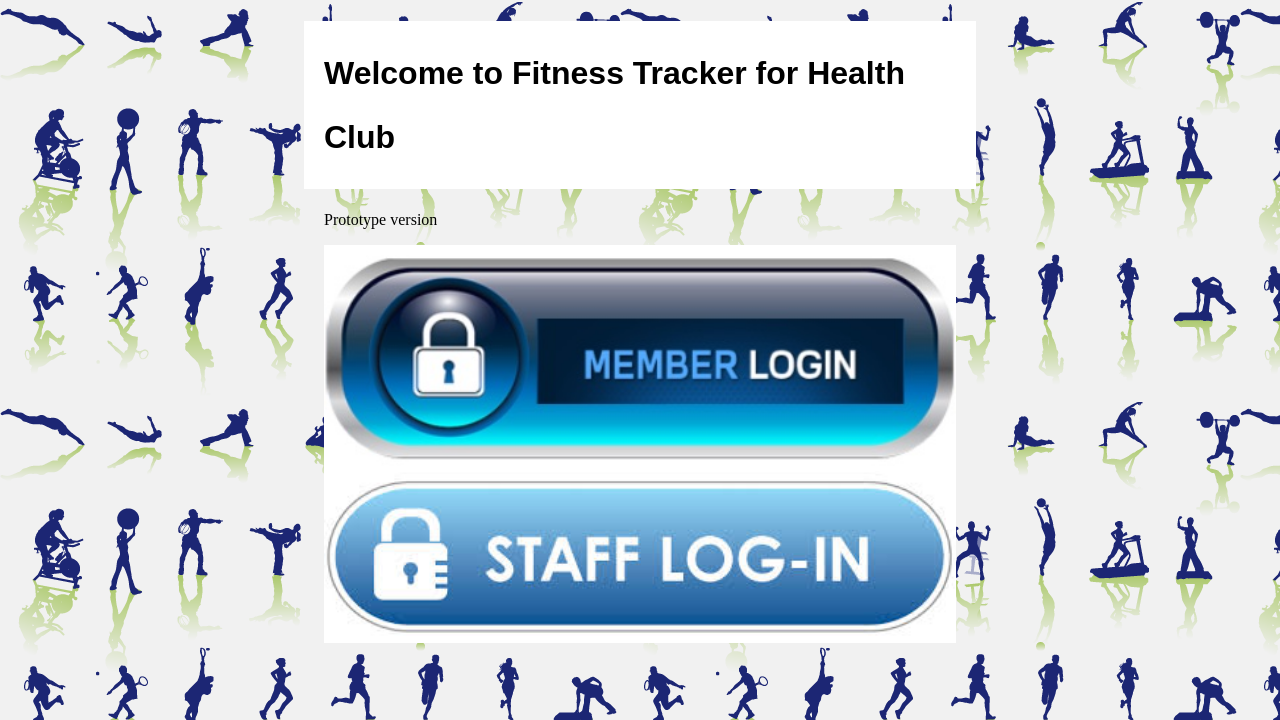
Repository: dmiropol/FitnessMemberTracker
Page: http://localhost/
The author's editor kept a copy of each file at every save. The page is drawn from the files as they stood at one save, then again after the next save.
The browser window is 1280 px wide. The pictures show the whole page.
The page is served by the project's Node server (app.js).

Above is the page before, as saved 2018-11-16 10:33:20.

### views/index.ejs
<!DOCTYPE html>
<html>
  <head>
    <title><%= title %></title>
    <link rel='stylesheet' href='/stylesheets/style.css' />
  </head>
  <body background="background.png">
    <h1 class="center">Welcome to <%= title %></h1>
    <p class="center">Prototype version</p>
    <a href="/member"><img border="0" alt="member area" src="MemberLogin.jpg"  class="center">
    <a href="/staff"><img border="0" alt="staff area" src="StaffLogin.jpg" class="center">
  </body>
</html>

### app.js

/**
 * Module dependencies.
 */

var express = require('express')
  , http = require('http')
  , path = require('path')
  , bodyParser = require('body-parser')
  , storage = require('./storage')
  , fs = require('fs');

var app = express();

// all environments
app.set('port', process.env.PORT || 8080);
app.set('views', __dirname + '/views');
app.set('view engine', 'ejs');
app.use(express.static(path.join(__dirname, 'public')));
app.use(bodyParser.json());
app.use(bodyParser.urlencoded({ extended: true }));

function index(req, res){
	res.render('index', {title: 'Fitness Tracker for Health Club'});
}

function member(req, res){
	res.render('member', {title: 'Member area'});
}

function uploadRecord(req, res){
	res.render('uploadRecord');
}

function staff(req, res){
	res.render('staff', {title: 'Health Club staff area'});
}


async function getRecordsList(req, res, next){
	var files = await storage.listFiles();
	var recordsList = [];
	for (var i in files) {
		var record = {};
		record.name = files[i].metadata.name;
		record.bucket = files[i].metadata.bucket;
		record.size = files[i].metadata.size;
		recordsList.push(record);
	};
	req.body = {recordsList};
	next();
}

function listRecords(req, res){
	var recordsList = req.body.recordsList;
	res.render('listRecords', {records: recordsList, action: 'show'});
}

async function uploadRecords(req, res){
	var fileName = req.params.record + '.json';
	var jsonObj = JSON.parse(req.body.JSONbody);
	var lines = '';

	for (var i in jsonObj){
		lines += JSON.stringify(jsonObj[i]) + '\n';
	}
	console.log('Got ' + req.method + ' request to store ' + fileName +
				' content into ' + lines.length + ' lines');
	fs.writeFile(fileName, lines, 'utf8', function (err) {
	    if (err)  return console.log(err);
	    console.log(fileName + ' locally added and will be uploaded to storage.')
	});
	await storage.uploadFile(fileName);
	fs.unlink(fileName, function (err) {
	    if (err)  return console.log(err);
	    console.log(fileName + ' locally deleted.')
	});
	res.render('actionconfirm', { action: 'Upload', record: storage.getPrivateUrl(fileName)});
}

function deleteRecords(req, res){
	var recordsList = req.body.recordsList;
	res.render('listrecords', { records: recordsList, action: 'delete'});
}

async function deleteFile(req, res, next){
	await storage.deleteFile(req.params.fileName);
	res.render('actionconfirm', { action: 'Delete', record: req.params.fileName});
}

async function showFile(req, res, next){
	var destFile = './temp.txt';
	var srcFile = req.params.fileName;
	await storage.downloadFile(srcFile, destFile);

	var content = fs.readFileSync(destFile, 'utf-8');
	fs.unlink(destFile, function (err) {
	    if (err)  return console.log(err);
	    console.log(destFile + ' locally deleted.')
	});
	res.render('actionconfirm', { action: 'Show', record: srcFile, content: content});
}

app.get('/', index);
app.get('/member', member);
app.get('/staff', staff);
app.get('/list/records', getRecordsList, listRecords);
app.get('/show/records/:fileName', showFile);
app.get('/upload/records', uploadRecord);
app.post('/upload/records/:record', uploadRecords);
app.get('/delete/records', getRecordsList, deleteRecords);
app.get('/delete/records/:fileName', deleteFile);


http.createServer(app).listen(app.get('port'), function(){
  console.log('Express server listening on port ' + app.get('port'));
});

### storage.js
/**
 * Copyright 2017, Google, Inc.
 * Licensed under the Apache License, Version 2.0 (the "License");
 * you may not use this file except in compliance with the License.
 * You may obtain a copy of the License at
 *
 *    http://www.apache.org/licenses/LICENSE-2.0
 *
 * Unless required by applicable law or agreed to in writing, software
 * distributed under the License is distributed on an "AS IS" BASIS,
 * WITHOUT WARRANTIES OR CONDITIONS OF ANY KIND, either express or implied.
 * See the License for the specific language governing permissions and
 * limitations under the License.
 */

/**
 * This application demonstrates how to perform basic operations on files with
 * the Google Cloud Storage API.
 *
 * For more information, see the README.md under /storage and the documentation
 * at https://cloud.google.com/storage/docs.
 */

'use strict';


const {Storage} = require('@google-cloud/storage');
const storage = new Storage({ projectId: 'iot2analytics-2018' });
const bucketName = 'member_fitness_tracker_storage';

async function uploadFile(filename) {
	await storage.bucket(bucketName).upload(filename, {
		contentType: 'application/json'
	});
console.log(`${filename} uploaded to ${bucketName}.`);

}

function getPrivateUrl(filename) {
	  return `https://storage.googleapis.com/${bucketName}/${filename}`;
}

async function listFiles() {
	const [files] = await storage.bucket(bucketName).getFiles();

	  console.log('Files:');
	  files.forEach(file => {
	    console.log(file.name);
	    //console.log(file.metadata);
	  });

	  return files;
	}

async function downloadFile(srcFilename, destFilename) {

  const options = {
    // The path to which the file should be downloaded, e.g. "./file.txt"
    destination: destFilename,
  };

  // Downloads the file
  await storage
    .bucket(bucketName)
    .file(srcFilename)
    .download(options);

  console.log(
    `gs://${bucketName}/${srcFilename} downloaded to ${destFilename}.`
  );
  // [END storage_download_file]
}

async function deleteFile(filename) {
  // Deletes the file from the bucket
  await storage
    .bucket(bucketName)
    .file(filename)
    .delete();

  console.log(`gs://${bucketName}/${filename} deleted.`);
  // [END storage_delete_file]
}

async function getMetadata(filename) {
  // Gets the metadata for the file
  const [metadata] = await storage
    .bucket(bucketName)
    .file(filename)
    .getMetadata();

  console.log(`File: ${metadata.name}`);
  console.log(`Bucket: ${metadata.bucket}`);
  console.log(`Storage class: ${metadata.storageClass}`);
  console.log(`Self link: ${metadata.selfLink}`);
  console.log(`ID: ${metadata.id}`);
  console.log(`Size: ${metadata.size}`);
  console.log(`Updated: ${metadata.updated}`);
  console.log(`Generation: ${metadata.generation}`);
  console.log(`Metageneration: ${metadata.metageneration}`);
  console.log(`Etag: ${metadata.etag}`);
  console.log(`Owner: ${metadata.owner}`);
  console.log(`Component count: ${metadata.component_count}`);
  console.log(`Crc32c: ${metadata.crc32c}`);
  console.log(`md5Hash: ${metadata.md5Hash}`);
  console.log(`Cache-control: ${metadata.cacheControl}`);
  console.log(`Content-type: ${metadata.contentType}`);
  console.log(`Content-disposition: ${metadata.contentDisposition}`);
  console.log(`Content-encoding: ${metadata.contentEncoding}`);
  console.log(`Content-language: ${metadata.contentLanguage}`);
  console.log(`Media link: ${metadata.mediaLink}`);
  console.log(`KMS Key Name: ${metadata.kmsKeyName}`);
  console.log(`Temporary Hold: ${metadata.temporaryHold}`);
  console.log(`Event-based hold: ${metadata.eventBasedHold}`);
  console.log(`Effective Expiration Time: ${metadata.effectiveExpirationTime}`);
  console.log(`Metadata: ${metadata.metadata}`);
  // [END storage_get_metadata]
}



module.exports = {
	uploadFile,
	getPrivateUrl,
	listFiles,
	getMetadata,
  deleteFile,
  downloadFile,
};

### public/stylesheets/style.css
ul {
    list-style-type: none;
    margin: 0;
    padding: 0;
    overflow: hidden;
    background-color: #606060;
}

li {
    float: left;
}

li a, .dropbtn {
    display: inline-block;
    color: white;
    text-align: center;
    padding: 14px 16px;
    text-decoration: none;
}

li a:hover, .dropdown:hover .dropbtn {
    background-color: #005392;
}

li.dropdown {
    display: inline-block;
}

.dropdown-content {
    display: none;
    position: absolute;
    background-color: #f9f9f9;
    min-width: 160px;
    box-shadow: 0px 8px 16px 0px rgba(0,0,0,0.2);
    z-index: 1;
}

.dropdown-content a {
    color: black;
    padding: 12px 16px;
    text-decoration: none;
    display: block;
    text-align: left;
}

.dropdown-content a:hover {background-color: #f1f1f1}

.dropdown:hover .dropdown-content {
    display: block;
}

.footer {
    position: fixed;
    left: 8px;
    bottom: 8px;
    width: 99%;
    background-color: #606060;
    color: white;
    text-align: left;
}

.footer p{
    text-decoration: underline;
    left: 10px;
}

textarea {
    border: 1 grey;
    overflow: hidden;
    padding: 0;
    outline: none;
    overflow-y:scroll;
    overflow-x:scroll;
    font-family:"Courier";
    font-size: 12px;
}

input {
	font-size: 14px;
    padding: 2px;
/*   float: left; */
}

.button {
    background-color: #555555;
    border: none;
    color: white;
    padding: 15px 32px;
    text-align: center;
    text-decoration: none;
    display: inline-block;
    font-size: 16px;
}

.listKeys {
	padding-left: 2em;
}

select  {
	font-size: 14px;
}

.center {
    display: block;
    margin-left: auto;
    margin-right: auto;
    width: 50%;
}

h1, h2{
	background: white;
	display: inline;
	padding:20px;
    line-height: 2em;
    font-family: Arial, Helvetica, sans-serif;
    font-size: 32px;
}
h3{
	background: white;
	display: inline;
	padding:0px;
    line-height: 2em;
    font-family: Arial, Helvetica, sans-serif;
    font-size: 16px;
}

After the next save:
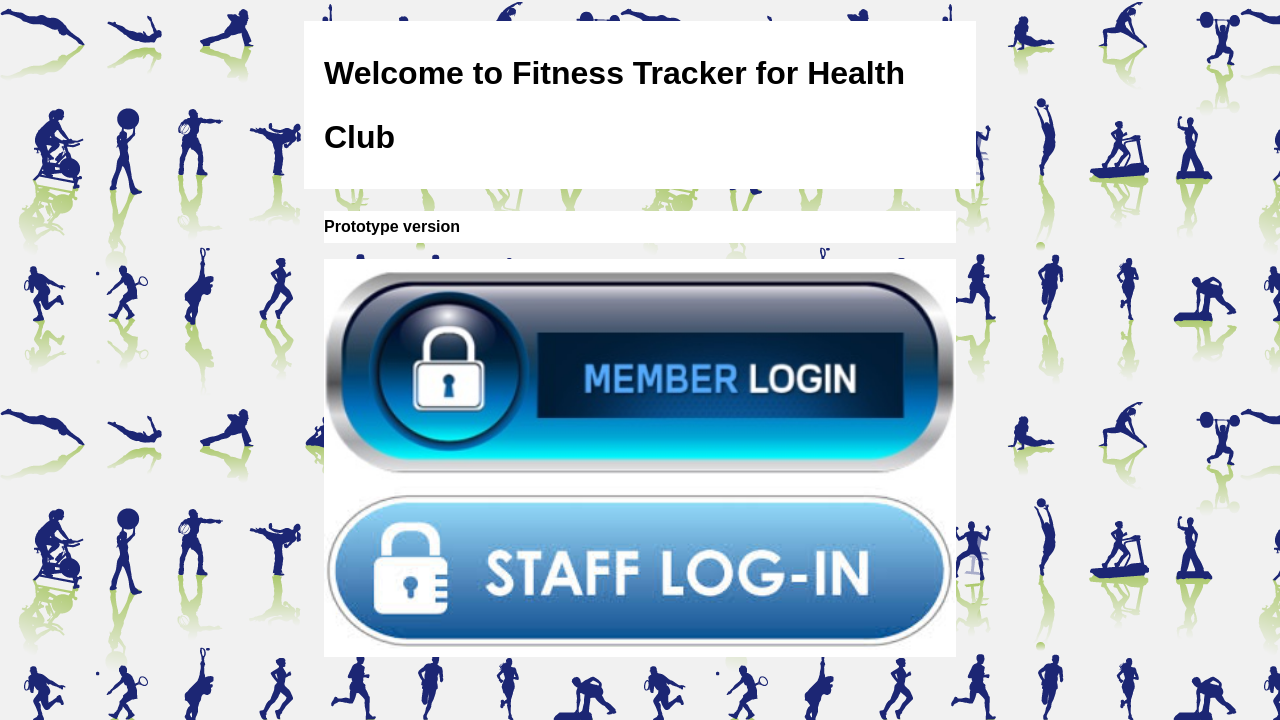
Saved 6 s later.
--- a/views/index.ejs
+++ b/views/index.ejs
@@ -6,7 +6,7 @@
   </head>
   <body background="background.png">
     <h1 class="center">Welcome to <%= title %></h1>
-    <p class="center">Prototype version</p>
+    <h3 class="center">Prototype version</h3>
     <a href="/member"><img border="0" alt="member area" src="MemberLogin.jpg"  class="center">
     <a href="/staff"><img border="0" alt="staff area" src="StaffLogin.jpg" class="center">
   </body>
